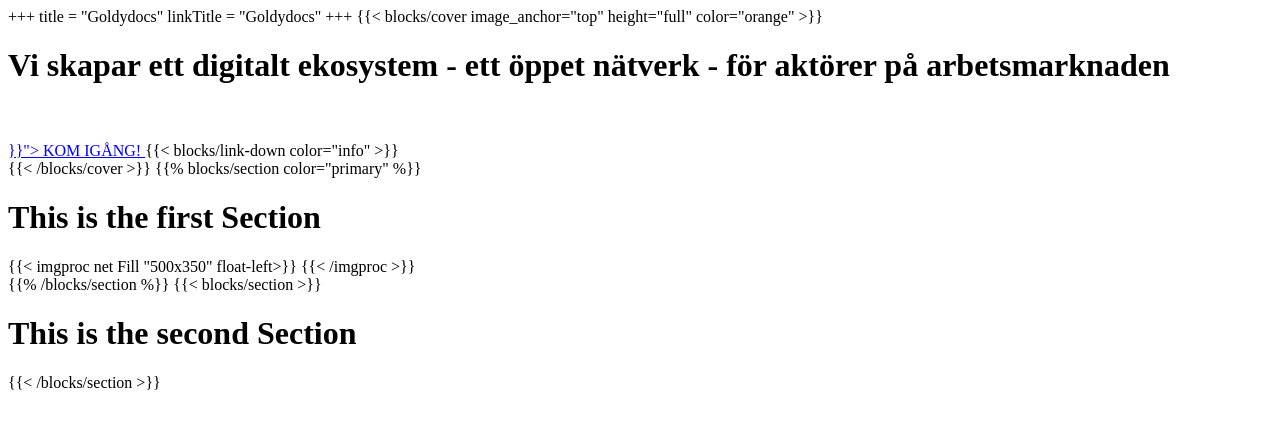
Repository: rudasn/docsy-cms-netlify
Page: content/sv/_index.html
These files come from the project's save history. The page is drawn as it stood at one moment and after the next save; the edit follows.
The browser window is 1280 px wide. The pictures show the whole page.

Above is the page before, as saved 2021-05-07 09:42:17.

### content/sv/_index.html
+++
title = "Goldydocs"
linkTitle = "Goldydocs"

+++

{{< blocks/cover  image_anchor="top" height="full" color="orange" >}}
<h1>Vi skapar ett digitalt ekosystem - ett öppet nätverk - för aktörer
	på arbetsmarknaden
</h1>
<br><br>
<div class="mx-auto">
	<a class="button -lg btn-white mr-3 mb-4" href="{{< relref "/docs" >}}">
		KOM IGÅNG! <i class="fas fa-arrow-alt-circle-right ml-2"></i>
	</a>

	{{< blocks/link-down color="info" >}}
</div>
{{< /blocks/cover >}}


{{% blocks/section color="primary" %}}
<div class="col-8">
	<h1 class="text-left">This is the first Section</h1>
</div>

<div class="col-4">
	{{< imgproc net Fill "500x350" float-left>}}
	{{< /imgproc >}}

</div>
{{% /blocks/section %}}

<!--
{{< blocks/section color="dark" >}}
{{% blocks/feature icon="fa-lightbulb" title="New chair metrics!" %}}
The Goldydocs UI now shows chair size metrics by default.

Please follow this space for updates!
{{% /blocks/feature %}}


{{% blocks/feature icon="fab fa-github" title="Contributions welcome!" url="https://github.com/google/docsy-example" %}}
We do a [Pull Request](https://github.com/google/docsy-example/pulls) contributions workflow on **GitHub**. New users are always welcome!
{{% /blocks/feature %}}


{{% blocks/feature icon="fab fa-twitter" title="Follow us on Twitter!" url="https://twitter.com/docsydocs" %}}
For announcement of latest features etc.
{{% /blocks/feature %}}


{{< /blocks/section >}}
-->

{{< blocks/section >}}
<div class="col">
<h1 class="text-center">This is the second Section</h1>
</div>

{{< /blocks/section >}}


<!--
{{< blocks/section >}}
{{% blocks/feature icon="fab fa-app-store-ios" title="Download **from AppStore**" %}}
Get the Goldydocs app!
{{% /blocks/feature %}}


{{% blocks/feature icon="fab fa-github" title="Contributions welcome!" url="https://github.com/google/docsy-example" %}}
We do a [Pull Request](https://github.com/google/docsy-example/pulls) contributions workflow on **GitHub**. New users are always welcome!
{{% /blocks/feature %}}


{{% blocks/feature icon="fab fa-twitter" title="Follow us on Twitter!" url="https://twitter.com/GoHugoIO" %}}
For announcement of latest features etc.
{{% /blocks/feature %}}


{{< /blocks/section >}}
-->
<!--
{{< blocks/section >}}

<div class="col-12">
<h1 class="text-center">This is another Section</h1>
</div>

{{< /blocks/section >}}
-->

After the next save:
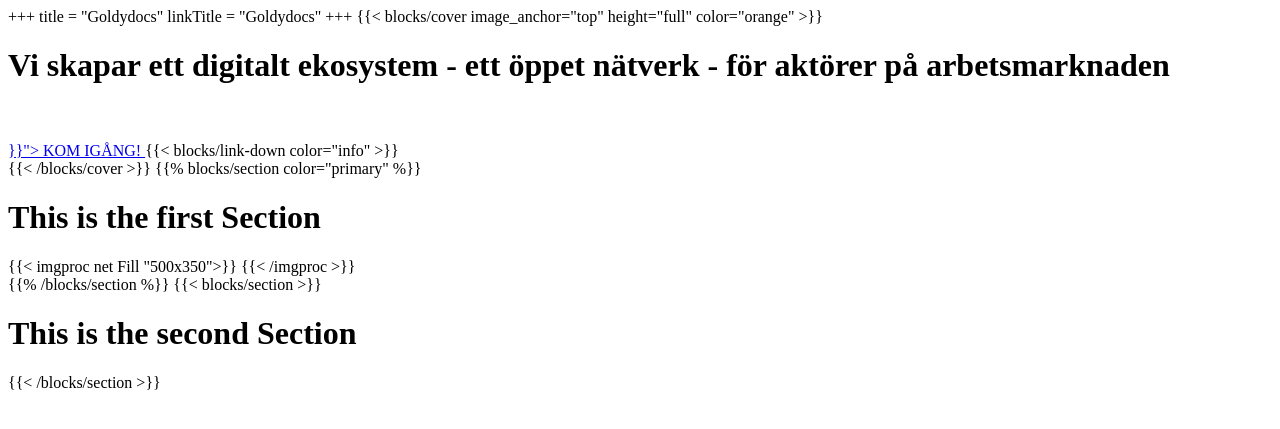
Saved 7 s later.
--- a/content/sv/_index.html
+++ b/content/sv/_index.html
@@ -25,7 +25,7 @@ linkTitle = "Goldydocs"
 </div>
 
 <div class="col-4">
-	{{< imgproc net Fill "500x350" float-left>}}
+	{{< imgproc net Fill "500x350">}}
 	{{< /imgproc >}}
 
 </div>
